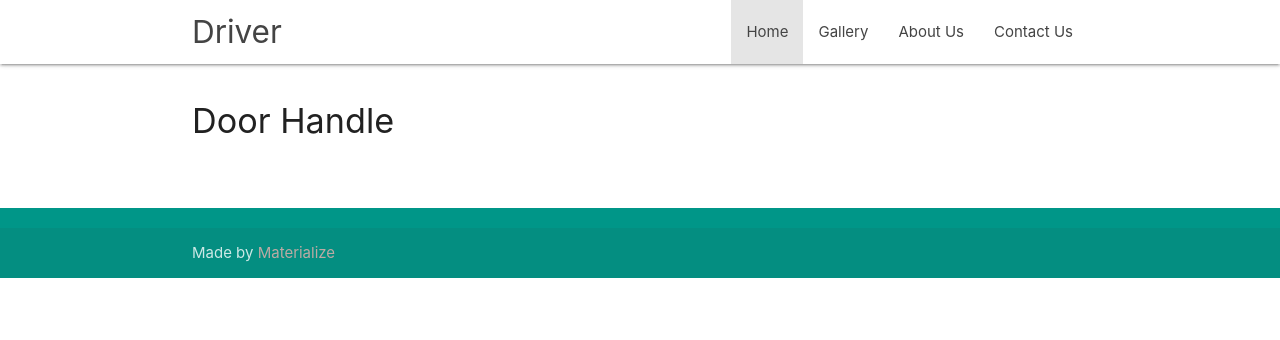
Repository: Madhav-77/Hardware-Shop
Page: http://localhost/home/gallery
These files come from the project's save history. The page is drawn as it stood at one moment and after the next save; the edit follows.
The browser window is 1280 px wide. The pictures show the whole page.
Some web libraries are served in a nearby version. The page is served by the project's Laravel application, run on PHP 8.4 with Laravel 8.

Above is the page before, as saved 2019-06-21 22:35:42.
Console error: TypeError: Cannot read properties of undefined (reading 'top')

After the next save:
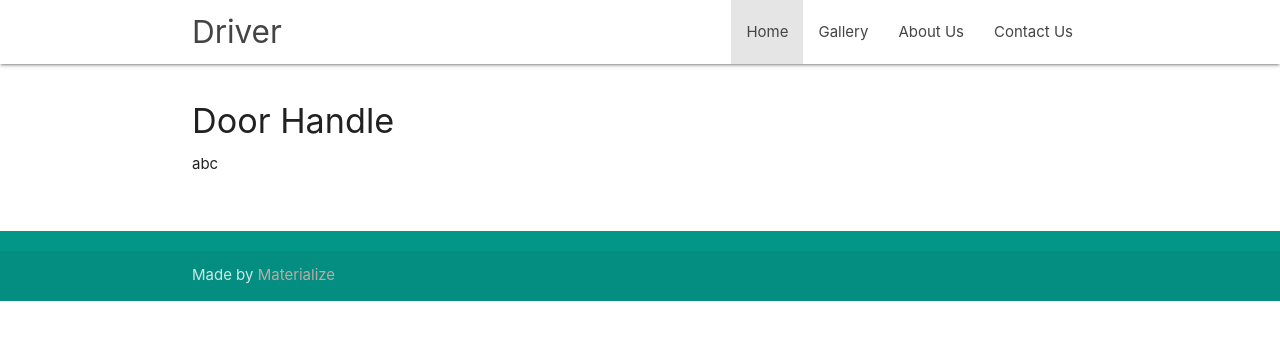
Saved 9 s later.
--- a/resources/views/gallery.blade.php
+++ b/resources/views/gallery.blade.php
@@ -44,7 +44,7 @@
             <div class="row">
                 <h4 align="left" style="color:rgba(0, 0, 0, 0.87);">Door Handle</h4>
                 <div class="row card-content">
-
+                    abc
                 </div>
             </div>
         </div>
